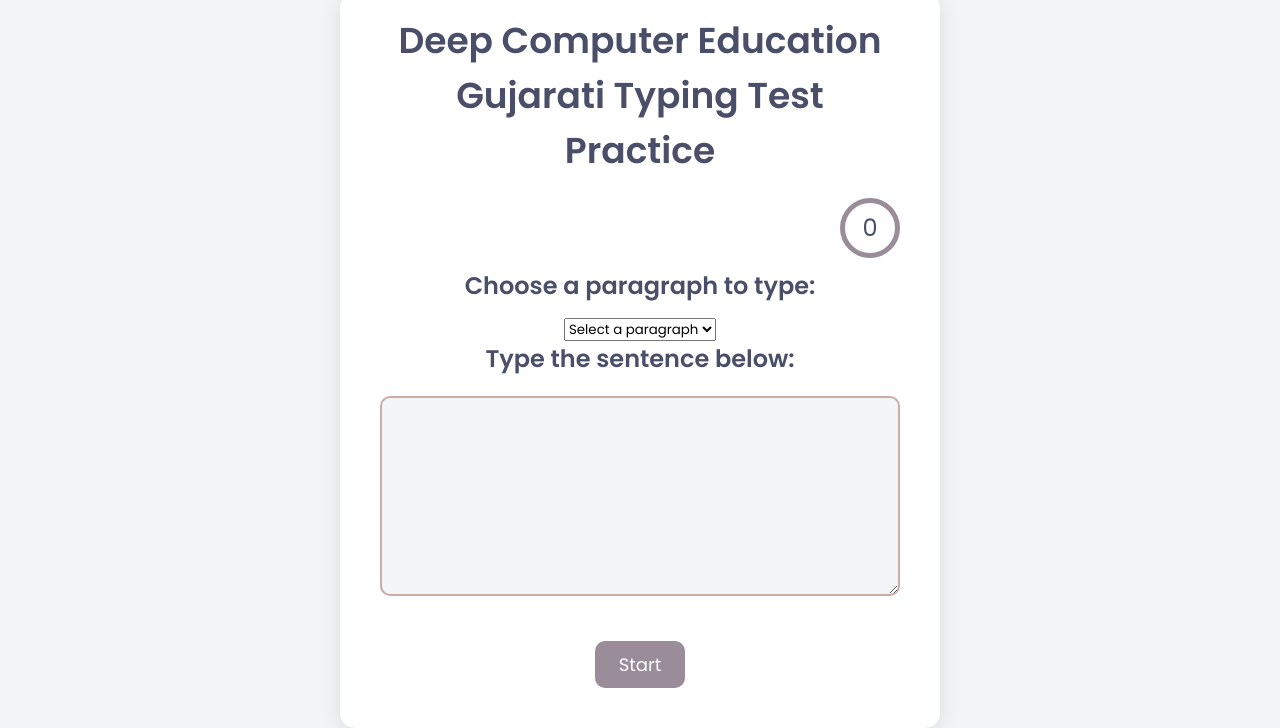
Repository: ssj27072002/Gujarati-typing-test
Page: typingGame/index.html
The author's editor kept a copy of each file at every save. The page is drawn from the files as they stood at one save, then again after the next save.
The browser window is 1280 px wide. The pictures show the whole page.

Above is the page before, as saved 2024-06-12 12:06:15.

After the next save:
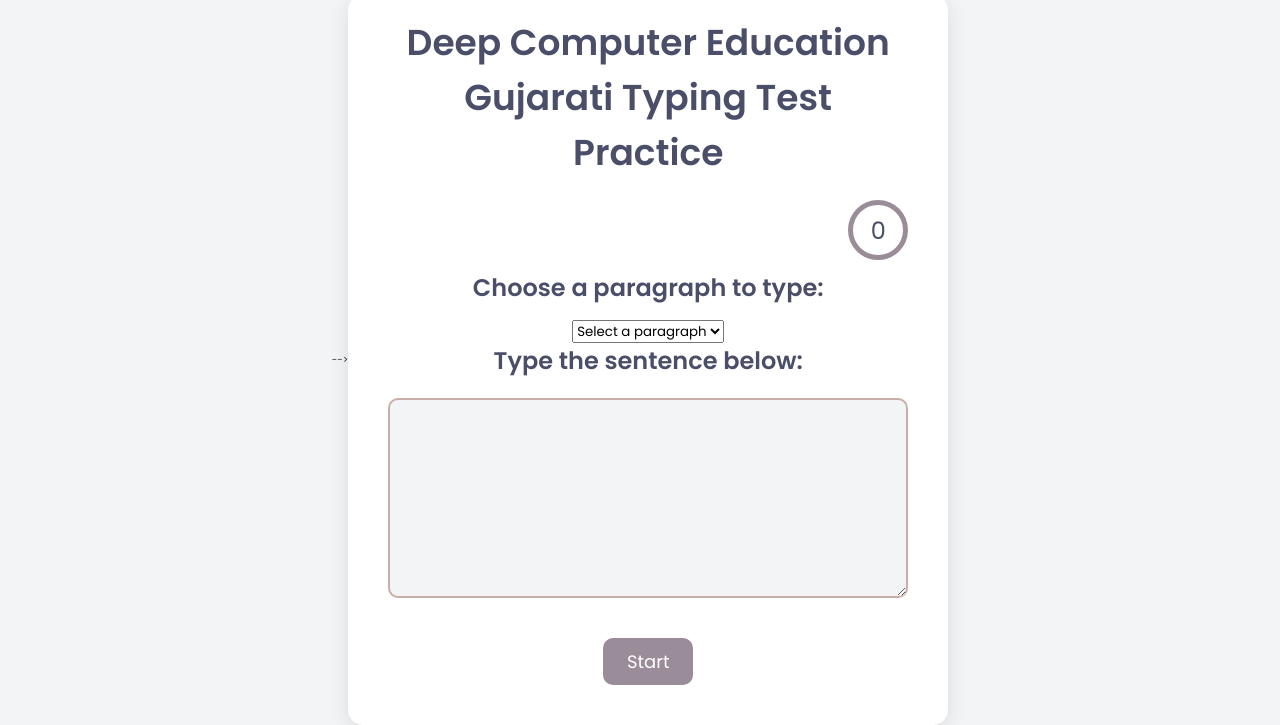
Saved 5 min 37 s later.
--- a/typingGame/index.html
+++ b/typingGame/index.html
@@ -18,7 +18,7 @@
         <div id="score"></div>
     </div>
 
-    <section class="main-body"> -->
+<!-- <section class="main-body"> -->
     <!-- <h2>typing Speed test</h2> -->
 
      <!-- <div class="timer-div"> -->
@@ -39,7 +39,7 @@
 
 <!-- <script src="js/index.js"></script>
 </body>
-</html> -->
+</html> --> -->
 
 <!DOCTYPE html>
 <html lang="en">
